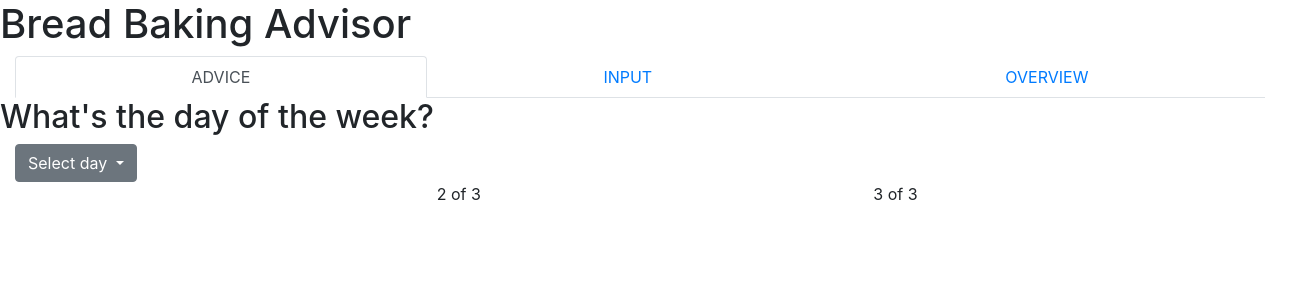
Repository: MarthGimenzo/bread-baking-advisor
Page: index.html
The author's editor kept a record of every edit. The page is drawn from the files as they stood at one moment, then again after the next edit.
The browser window is 1280 px wide. The page is 1295 px wide, so the pictures cover 1295 px, including what lies to the right of the window. The pictures show the whole page.

Above is the page before.

After the next edit:
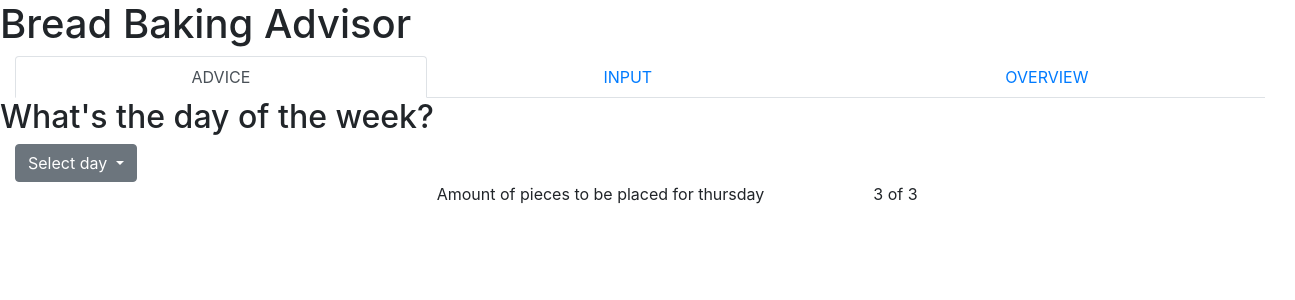
The edit:
--- a/index.html
+++ b/index.html
@@ -49,7 +49,7 @@
 
     </div>
     <div class="col-4">
-      2 of 3
+      Amount of pieces to be placed for thursday
     </div>
     <div class="col-4">
       3 of 3
